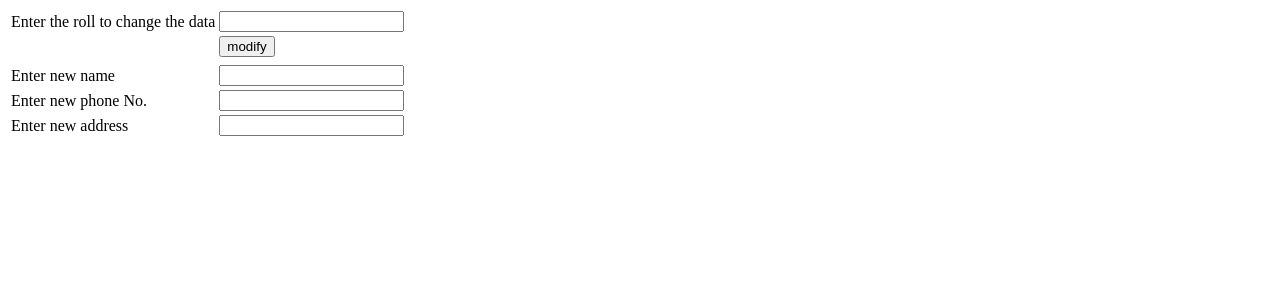
Repository: jks2127/SMS-webApp
Page: sms 1.2/WebContent/Modify.html
The author's editor kept a copy of each file at every save. The page is drawn from the files as they stood at one save, then again after the next save.
The browser window is 1280 px wide. The pictures show the whole page.

Above is the page before, as saved 2021-06-13 10:57:22.

After the next save:
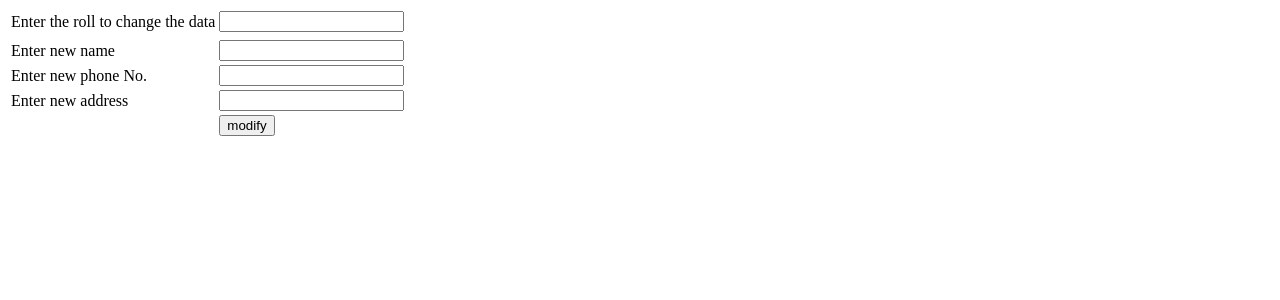
Saved 38 s later.
--- a/sms 1.2/WebContent/Modify.html
+++ b/sms 1.2/WebContent/Modify.html
@@ -11,10 +11,7 @@
 				<td>Enter the roll to change the data</td>
 				<td><input type="number" name="st_roll"></td>
 			</tr>
-			<tr>
-				<td></td>
-				<td><button type="submit">modify</button></td>
-			</tr>
+
 			<tr></tr>
 			<tr></tr>
 			<tr>
@@ -29,6 +26,10 @@
 				<td>Enter new address</td>
 				<td><input type="text" name="st_address"></td>
 			</tr>
+			<tr>
+				<td></td>
+				<td><button type="submit">modify</button></td>
+			</tr>
 
 		</table>
 	</form>
